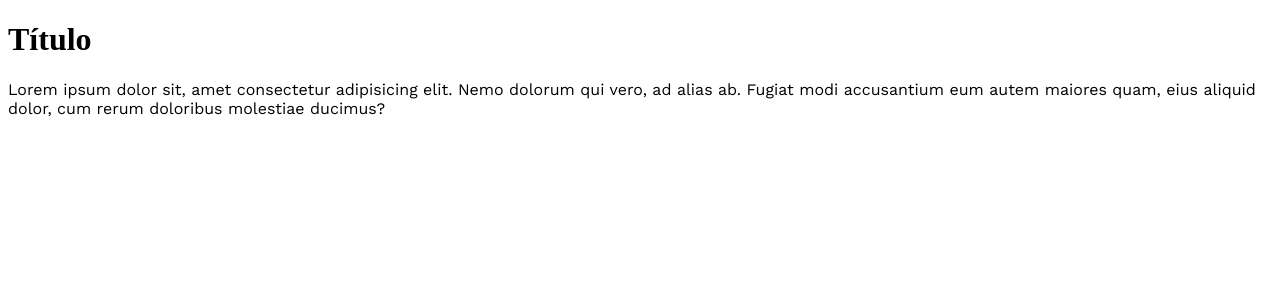
Repository: pheonix5/Estudo
Page: html-css/exercicios/ex018/fonte01.html
The author's editor kept a copy of each file at every save. The page is drawn from the files as they stood at one save, then again after the next save.
The browser window is 1280 px wide. The pictures show the whole page.

Above is the page before, as saved 2023-08-12 23:36:40.

After the next save:
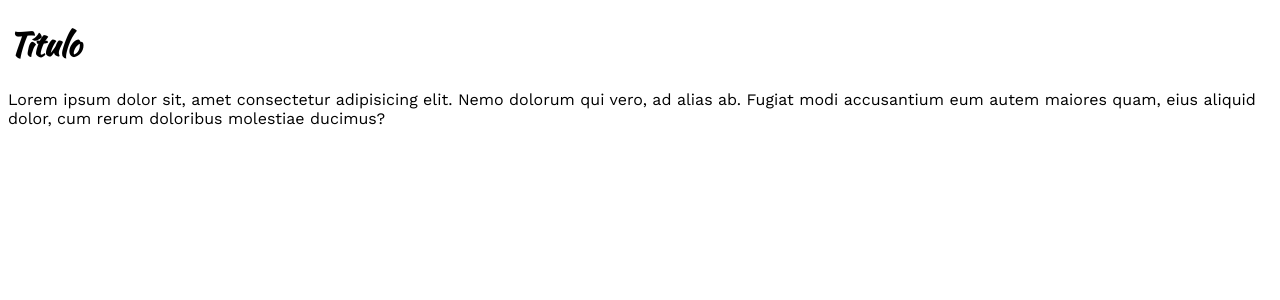
Saved 39 s later.
--- a/html-css/exercicios/ex018/fonte01.html
+++ b/html-css/exercicios/ex018/fonte01.html
@@ -14,7 +14,7 @@
       color: #000;
     }
     h1{
-      font-family: 'Times New Roman', Times, serif;
+      font-family: 'Kaushan Script', sans-serif
     }
   </style>
 </head>
